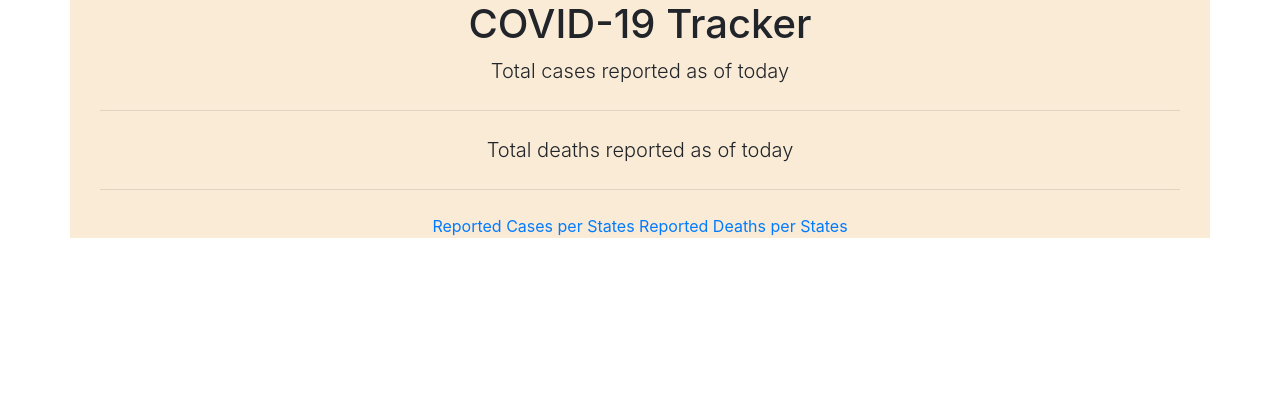
Repository: kimjuneyoung5/Bootcamp-Java
Page: http://localhost/CovidTrackingApp/WEB-INF/index.jsp
The author's editor kept a copy of each file at every save. The page is drawn from the files as they stood at one save, then again after the next save.
The browser window is 1280 px wide. The pictures show the whole page.
The page is served by Tomcat 9. Nobody is signed in. Other server files are loaded and not shown. The template is opened directly, without the code that normally fills it, so the values that code supplies are empty.

Above is the page before, as saved 2021-10-01 21:52:47.

### oop/CovidTrackingApp/src/main/webapp/WEB-INF/index.jsp
<%@ page language="java" contentType="text/html; charset=UTF-8"
    pageEncoding="UTF-8"%>
<%@ taglib prefix="c" uri="http://java.sun.com/jsp/jstl/core" %>
<%@ taglib prefix="fmt" uri="http://java.sun.com/jsp/jstl/fmt" %>
<%@ taglib prefix="form" uri="http://www.springframework.org/tags/form"%>
<%@ page isErrorPage="true" %>
<!DOCTYPE html>

<html xmlns:th="http://www.thymeleaf.org">

<head>
    <title>COVID-19 Tracker</title>
    <meta http-equiv="Content-Type" content="text/html; charset=UTF-8" />
    <link rel="stylesheet" href="https://stackpath.bootstrapcdn.com/bootstrap/4.4.1/css/bootstrap.min.css" integrity="sha384-Vkoo8x4CGsO3+Hhxv8T/Q5PaXtkKtu6ug5TOeNV6gBiFeWPGFN9MuhOf23Q9Ifjh" crossorigin="anonymous">
    <style>
    	.container{
    		text-align:center;
    		background-color: antiquewhite;
    	}
    </style>
</head>

<body>
<div class="container">
<h1>COVID-19 Tracker</h1>

	<div class="container">
    	<h1 class="display-4"><c:out value="${totalReportedCases}"/></h1>
    	<p class="lead">Total cases reported as of today</p>
    	<hr class="my-4">
    	<h1 class="display-4"><c:out value="${totalReportedDeaths}"/></h1>
    	<p class="lead">Total deaths reported as of today</p>
    	<hr class="my-4">
    	<a href="/cases">Reported Cases per States</a>
    	<a href="/deaths">Reported Deaths per States</a>
	</div>

</div>

After the next save:
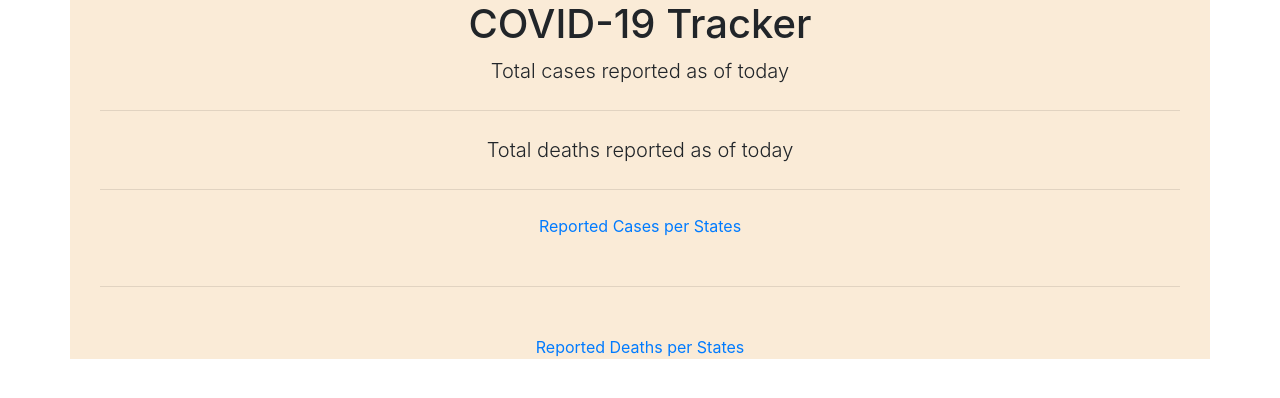
Saved 21 s later.
--- a/oop/CovidTrackingApp/src/main/webapp/WEB-INF/index.jsp
+++ b/oop/CovidTrackingApp/src/main/webapp/WEB-INF/index.jsp
@@ -32,6 +32,7 @@
     	<p class="lead">Total deaths reported as of today</p>
     	<hr class="my-4">
     	<a href="/cases">Reported Cases per States</a>
+    	<hr class="my-5">
     	<a href="/deaths">Reported Deaths per States</a>
 	</div>
 
